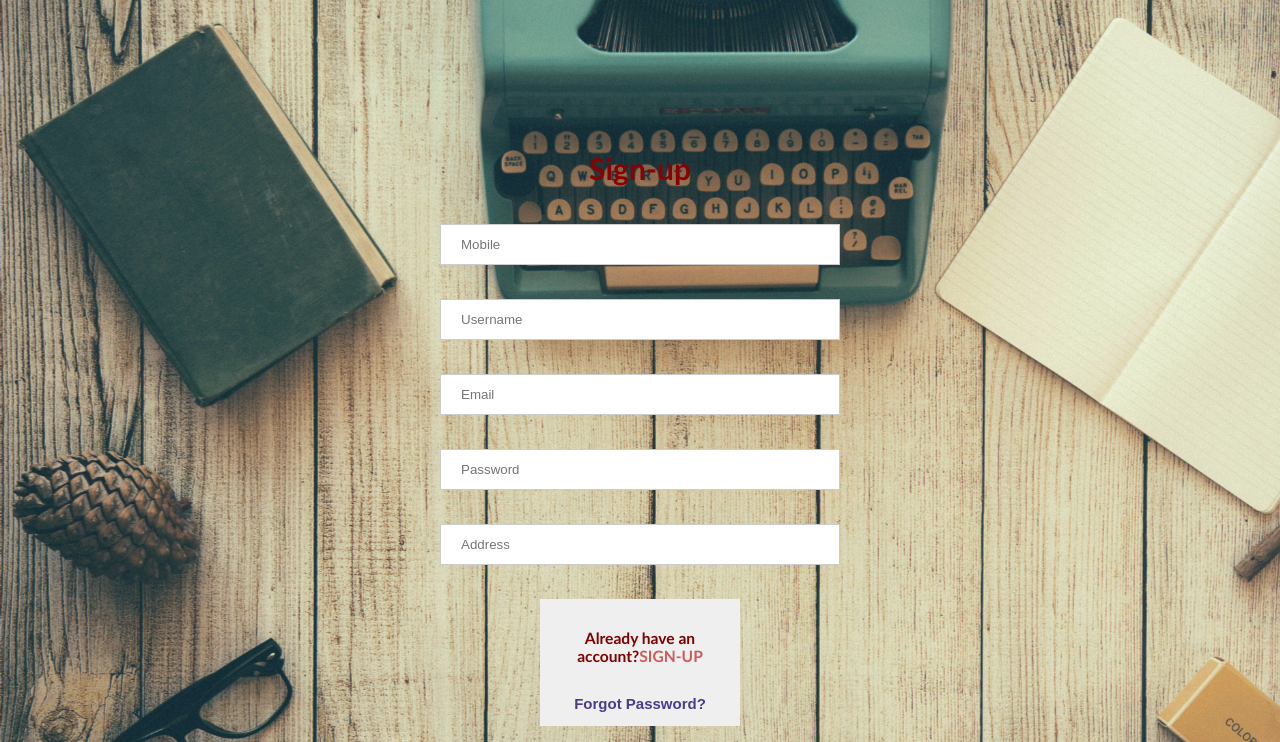
Repository: NAYAN9534/vehicle-booking-system
Page: http://localhost/minor/userlogin.jsp
An editor plug-in stored every save of this project. The page is shown before and after the next save, followed by the edit.
The browser window is 1280 px wide. The pictures show the whole page.
The page is served by Tomcat 9.

Above is the page before, as saved 2017-05-25 07:54:26.

After the next save:
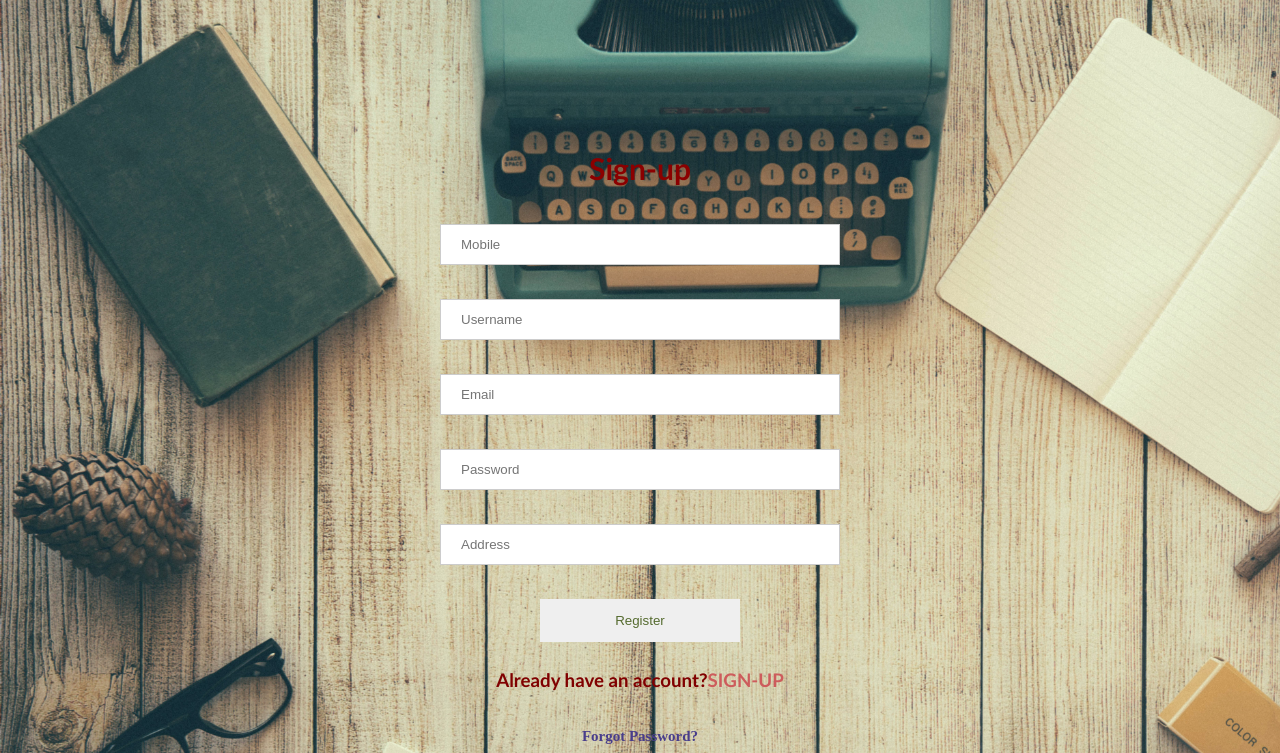
Saved 9 s later.
--- a/minor/WebContent/userlogin.jsp
+++ b/minor/WebContent/userlogin.jsp
@@ -79,7 +79,7 @@ body {
 
 
 
-	<button type="submit" Register</button>
+	<button type="submit" >Register</button>
 
 </form>
 
